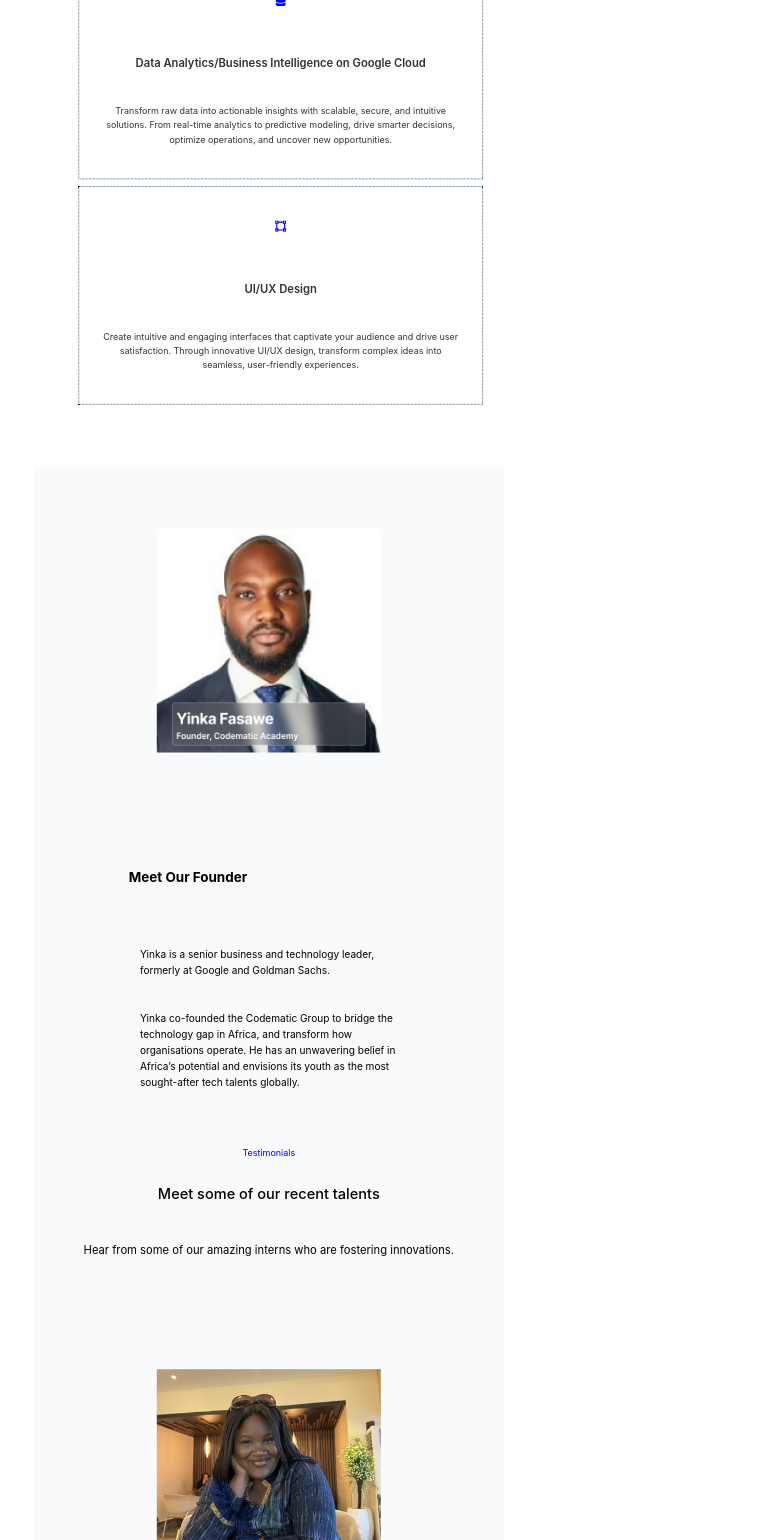
Repository: Gabriel221-dev/Codematic-page
Page: /
An editor plug-in stored every save of this project. The page is shown before and after the next save, followed by the edit.
The browser window is 768 px wide. The page is 1106 px wide, so the pictures cover 1106 px, including what lies to the right of the window. The pictures show the part of the page from y = 4300 to 6500 px (the page is 8982 px tall), at 70% of full size.
The project was rebuilt for these pictures with package versions that can differ from the ones it lists, and the page was loaded fresh each time. Also part of the build but not shown: vite.config.js, src/App.css.

Above is the page before, as saved 2024-07-31 09:20:14.

### src/App.jsx
import "./App.css";
import Home from "./pages/home";
import Header from "./components/Header";
import Footer from "./components/Footer";
import { BrowserRouter as Router, Route, Routes } from "react-router-dom";
import "./styles/global.css";

const App = () => {
  return (
    <Router>
      <Header />
      <main>
        <Routes>
          <Route path="/" element={<Home />} />
        </Routes>
      </main>
      <Footer />
    </Router>
  );
};

export default App;

### src/index.css
:root {
  font-family: Inter, system-ui, Avenir, Helvetica, Arial, sans-serif;
  line-height: 1.5;
  font-weight: 400;

  /* color-scheme: light dark;
  background-color: #242424;
  background-color:turquoise; */

}

### src/components/Footer.jsx
import { Link } from "react-router-dom";
import "./Footer.css";
import { BsTwitterX } from "react-icons/bs";
import { FaLinkedin } from "react-icons/fa6";
import { FaFacebook } from "react-icons/fa";

const Footer = () => {
  return (
    <footer className="footer">
      <div>
        <container className="section-1">
          <div className="section1">
            <img
              className="footer__logo"
              src="/Images/codematic-logo-white 2.png"
              alt="Logo"
              loading="lazy"
              width="160"
            />

            <ul className="footer__navigation">
              <li className="footer__link">
                <Link className="link-anchor footer__anchor" to="">
                  About Us
                </Link>
              </li>
              <li className="footer__link">
                <Link className="link-anchor footer__anchor" to="">
                  Contact Us
                </Link>
              </li>
              <li className="footer__link">
                <Link className="link-anchor footer__anchor" to="">
                  Privacy Policy
                </Link>
              </li>
            </ul>
          </div>
        </container>
        <div className="divider"></div>
        <div className="section2">
          <div className="Left">
            <p>© 2024 Codematic. All rights reserved</p>.
          </div>
          <div className="bottom">
            <div className="icon">
              <BsTwitterX />
            </div>
            <div className="icon">
              <FaLinkedin />
            </div>
            <div className="icon">
              <FaFacebook />
            </div>
          </div>
        </div>
      </div>
    </footer>
  );
};

export default Footer;

### src/styles/global.css
* {
    padding: 1rem;
  }

  body {
    line-height: 1.6;
    color: #333;
    background-color: white;
    padding: 0;
    margin: 0 ;
  }

  section{
    padding: 0 5%;
  }

### src/pages/Home.css
.Home{
    padding: 0 0;
}
.Home-1{
    /* background-color:red; */
    text-align: center;
}
.mark{
    background-color:white;
    border-radius:12px;
    font-size: .6rem;
    /* padding:.1rem; */
    margin-right: .5rem;
}
.academy-1{
    font-size: .6rem;
    background-color: lightcyan;
    border-radius:12px;
    /* padding: .3rem; */
    text-decoration: none;
}
.heading-sub-1{
      text-align: center;
}
.heading-1{
    width: 45rem;
    height: 12.7rem;
    font-size: 2.8rem;
    justify-content: center;
    align-items: center;
    margin: 0 auto;
    font-weight: 600;
    background-color:white;
}
.sub-heading-1{
    font-size: .9rem;
    height: 120px;
    width: 20rem;
    justify-content: center;
    align-items: center;
    margin: 0 auto;
}
.action{
    gap: 12px;
    text-decoration: none;
}

.apply-heading:hover{
    background-color:blue;
    color:white;
    text-decoration: none;
    border-radius:7px;
    transform: scale(1.05);
    transition: transform 0.6s ease-in-out, border-bottom 0.6s ease;
}

.learn-heading:hover{
    background-color:blue;
    color:white;
    text-decoration: none;
    border-radius:7px;
    transform: scale(1.05);
    transition: transform 0.6s ease-in-out, border-bottom 0.6s ease;
}
.apply-heading{
    background-color:#DEE0FF;
    text-align: center;
    margin: 0 1rem;
    padding: .5rem 1rem;
    border-radius: 3px;
    text-decoration: none;
}

.learn-heading{
    background-color: blue;
    text-align: center;
    padding: .5rem 1rem;
    border-radius: 3px;
    text-decoration: none;
}

.Home-1 img{
    background-color:none;
    width: 65rem;
    /* height: 516px; */
    /* margin: 1rem 6rem 3rem 0rem; */
}

.Home-1 .frame{
    margin: 3rem 6rem 6rem 0rem;
}

/* Tablet styles */
@media (max-width: 768px) {
    .heading-1 {
        width: 90%;
        font-size: 2rem;
        height: auto;
    }

    .sub-heading-1 {
        width: 80%;
        font-size: 0.8rem;
        height: auto;
    }

    .Home-1 img {
        width: 100%;
        margin: 2rem 0;
    }

    .Home-1 .frame {
        margin: 2rem 0;
    }
}

/* iPhone styles */
@media (max-width: 480px) {
    .heading-1 {
        width: 100%;
        font-size: 1.5rem;
        height: auto;
    }

    .sub-heading-1 {
        width: 90%;
        font-size: 0.7rem;
        height: auto;
    }

    .apply-heading,
    .learn-heading {
        font-size: 0.5rem;
        padding: 0.4rem 0.8rem;
    }

    .Home-1 img {
        width: 100%;
        margin: 1rem 0;
    }

    .Home-1 .frame {
        margin: 1rem 0;
    }
}



.leg{
    justify-content: space-between;
    display: flex;
    max-width: 60rem;
}

.heading-sub-2{
    /* background-color:greenyellow; */
    font-size: 1.4rem;
    font-style: normal;
    color: #fff;
    text-align: left;
    width: 30rem;
    text-align: left;
    height: 35rem;
    margin-right: 2rem;
    /* padding: 0 0 0 4rem; */
    /* margin: 0 0 0 4rem; */
}

.sub-heading-2{
    font-size: 1rem;
    color:blue;
}

.heading-2{
    font-size: 1.8rem;
    font-weight: 500;
    color:blue;
}

.home-chair{
    flex: 1;
}


.text-2{
    font-size: 1rem;
    color:black;
}

.apply-now-2{
    background-color:blue;
    margin-top:1.8rem;
    padding: .7rem 2rem .7rem 0;
    font-size: .7rem;
    color:white;
    width: 7rem;
}

.apply-now-2:hover{
    background-color:black;
    color:blue;
    text-decoration: none;
    border-radius:7px;
    transform: scale(1.05);
    transition: transform 0.6s ease-in-out, border-bottom 0.6s ease;
}

.Home-2 .img{
    flex: 1;
    display: flex;
    justify-content: center;
    /* margin-left: 2rem; */
}

.Home-2 img{
    display: flex;
    align-items: center;
    text-align: left;
    height: 35rem;
    width: 33rem;
    /* margin: 0 0 0 3.5rem; */
    padding: 0 0 0 0;
}

/* Tablet styles */
@media (max-width: 768px) {
    .leg {
        flex-direction: column;
        align-items: center;
    }

    .heading-sub-2 {
        font-size: 1.2rem;
        width: 90%;
        margin-right: 0;
        margin-bottom: 2rem;
    }

    .heading-2 {
        font-size: 1.6rem;
    }

    .text-2 {
        font-size: 0.9rem;
    }

    .apply-now-2 {
        font-size: 0.6rem;
        width: 6rem;
    }

    .Home-2 img {
        width: 100%;
        height: auto;
        margin-bottom: 2rem;
    }
}

/* iPhone styles */
@media (max-width: 480px) {
    .heading-sub-2 {
        font-size: 1rem;
        width: 100%;
        margin-right: 0;
        margin-bottom: 1rem;
    }

    .sub-heading-2 {
        font-size: 0.9rem;
    }

    .heading-2 {
        font-size: 1.4rem;
    }

    .text-2 {
        font-size: 0.8rem;
    }

    .apply-now-2 {
        font-size: 0.5rem;
        width: 5rem;
    }

    .Home-2 img {
        width: 100%;
        height: auto;
    }
}



.Home-3{
    /* background-color:chocolate; */
    text-align: center;
}



.heading-sub-3{
    padding: 2.5rem;
}

.sub-3{
    color:blue;
    font-size: 1rem;
}

.heading-3{
    color:black;
    font-size: 1.6rem;
    font-weight: 700;
}

.text-3{
    font-size: 1.1rem;
    width:40rem;
    display: flex;
    margin: 0 auto;
}

.Home-3 .img3{
    margin-right: 2rem;
}

.Home-3 img{
    width: 65rem;
    margin-right: 3rem;
}

/* Tablet styles */
@media (max-width: 768px) {
    .heading-sub-3 {
        padding: 1.5rem;
    }

    .sub-3 {
        font-size: 0.9rem;
    }

    .heading-3 {
        font-size: 1.4rem;
    }

    .text-3 {
        font-size: 1rem;
        width: 90%;
    }

    .Home-3 img {
        width: 100%;
        margin-right: 0;
    }
}

/* iPhone styles */
@media (max-width: 480px) {
    .heading-sub-3 {
        padding: 1rem;
    }

    .sub-3 {
        font-size: 0.8rem;
    }

    .heading-3 {
        font-size: 1.2rem;
    }

    .text-3 {
        font-size: 0.9rem;
        width: 100%;
    }

    .Home-3 .img3 {
        margin-right: 0;
    }

    .Home-3 img {
        width: 100%;
        margin-right: 0;
    }
}



.Home-4{
    padding: 4rem;
}

.H-4{
    padding: 1.5rem;
}
.header-sub-4{
    text-align: center;
    padding: 1rem;
}

.sub-header-4{
    font-size: 1rem;
    color:blue;
}

.header-4{
    font-size: 2rem;
}

.text-4{
    font-size: 1.1rem;
}

.H-4-2 {
    display: flex;
    flex-direction: column;
    gap: 20px;
    padding: 2rem;
  }

  .row {
    display: flex;
    justify-content: space-between;
    gap: 20px; /* Adjust the gap between articles as needed */
  }


  .H-4-2 .part-1{
    height: 12rem;
    width: 33rem;
    padding: 2rem;
    border: 1px rgb(3, 44, 75) dotted;
  }
  .H-4-2 .part-2{
    height: 12rem;
    width: 33rem;
    padding: 2rem;
    border: 1px rgb(3, 44, 75) dotted;
  }
  .H-4-2 .part-3{
    height: 12rem;
    width: 33rem;
    padding: 2rem;
    border: 1px rgb(3, 44, 75) dotted;
  }
  .H-4-2 .part-4{
    height: 12rem;
    width: 33rem;
    padding: 2rem;
    border: 1px rgb(3, 44, 75) dotted;
  }

  /* .article {
    flex: 1;
    padding: 20px;
    border: 1px solid #ddd;
    box-shadow: 0 2px 4px rgba(0, 0, 0, 0.1);
    text-align: center;
  } */

  .icon {
    font-size: 1em;
    margin-bottom: 10px;
    text-align: center;
    color:blue;
  }

  .H-4-2 h2 {
    font-weight: 600;
    font-size: 1em;
    text-align: center;
  }

  .H-4-2 h1{
    font-weight: 400;
    font-size: .8rem;
    text-align: center;
  }

  .text-4 {
    font-size: 1em;
    margin-top: 10px;
  }

/* Tablet styles */
@media (max-width: 768px) {
    .Home-4 {
        padding: 2rem;
    }

    .H-4 {
        padding: 1rem;
    }

    .header-4 {
        font-size: 1.5rem;
    }

    .text-4 {
        font-size: 1rem;
    }

    .H-4-2 {
        padding: 1rem;
    }

    .row {
        flex-direction: column;
        gap: 10px;
    }

    .H-4-2 .part-1,
    .H-4-2 .part-2,
    .H-4-2 .part-3,
    .H-4-2 .part-4 {
        width: 100%;
        padding: 1rem;
        height: auto;
    }
}

/* iPhone styles */
@media (max-width: 480px) {
    .Home-4 {
        padding: 1rem;
    }

    .H-4 {
        padding: 0.5rem;
    }

    .header-4 {
        font-size: 1.2rem;
    }

    .text-4 {
        font-size: 0.9rem;
    }

    .H-4-2 {
        padding: 0.5rem;
    }

    .row {
        flex-direction: column;
        gap: 10px;
    }

    .H-4-2 .part-1,
    .H-4-2 .part-2,
    .H-4-2 .part-3,
    .H-4-2 .part-4 {
        width: 100%;
        padding: 0.5rem;
        height: auto;
    }

    .H-4-2 h2 {
        font-size: 0.9em;
    }

    .H-4-2 h1 {
        font-size: 0.7rem;
    }

    .icon {
        font-size: 0.8em;
    }
}




.Home-5 {
    display: flex;
    justify-content: space-between;
    align-items: center;
    padding: 3rem;
    background-color:#F9FAFB;
}

.Home-5 .heading-sub-5 {
    font-style: normal;
    color: black;
    font-size: .9rem;
    text-align: left;
    max-width: 100%;
    text-align: left;
    height: 18rem;
    padding: 0rem auto;
    margin: 0 15rem 0 0;
}

.Home-5 .article{
    flex: 1;
    padding: 1rem;

}

.Home-5 .Founder{
    padding: 1.2rem;
    width: 27rem;
}

.Home-5 p{
    font-size: 1rem;
}

.Home-5 .img{
    flex: 1;
    display: flex;
    justify-content: center;
    padding: 2rem;
    margin: 2rem;
}

.Home-5 img{
    display: flex;
    align-items: center;
    text-align: left;
    height: 20rem;
    width: 20rem;
    margin: 0 0rem 0 0;
    padding: 1rem 0;
}

@media (max-width: 768px) {
    .Home-5 {
      padding: 1.5rem;
      flex-direction: column;
    }

    .Home-5 .heading-sub-5 {
      font-size: 0.8rem;
      margin: 1rem 0;
    }

    .Home-5 .Founder{
        padding: 0 1rem;
    }

    .Home-5 .Founder h1 {
      font-size: 1.2rem;
    }

    .Home-5 p {
      font-size: 0.9rem;
    }

    .Home-5 .img {
      margin: 1rem 0;
    }

    .Home-5 img {
      max-width: 100%;
    }
  }

  @media (max-width: 390px) { /* iPhone 12 Pro screen size */

    section{
        padding: 2rem;
    }
    .Home-5 {
      padding: 2rem;
      flex-direction: column;
    }

    .Home-5 .heading-sub-5 {
      font-size: 0.7rem;
      margin: 0 2rem;
    }

    /* .Home-5 .article{
        margin: 3rem;
    } */

    .Home-5 .Founder h1 {
      font-size: 1rem;
    }

    .Home-5 p {
      font-size: 0.8rem;
      padding: 30px;
    }

    .Home-5 .img {
      margin: 0.5rem 0;
      padding: 1rem;
    }

    .Home-5 img {
      max-width: 100%;
    }
  }



.Home-6{
    background-color: #F9FAFB;

}

/* .big-6{
    padding-top: 2rem;
} */

.Home-6 .sub-Head-6{
    font-size: .9rem;
    color:blue;
    text-align: center;
}

.Head-6 {
    font-size: 1.5rem;
    color:black;
    font-weight: 500;
    text-align: center;
}

.Text-6 {
    font-size: 1.05rem;
    text-align: center;
    color:black;
    margin: 1.2rem;
}


.Team-6 {
    display: flex;
    justify-content: space-between;
    align-items: center;
    /* padding: 3.2rem; */
    margin: 0 0 0 0;
}

.Member-61 {
    flex: 1;
    /* padding: 1rem; */
    row-gap: 2;
}

.Member-62 {
    flex: 1;
    /* padding: 1rem; */
    row-gap: 2;
}

.Member-63 {
    flex: 1;
    /* padding: 1rem; */
    row-gap: 2;
}
.Member-61 img {
    width: 20rem;
    height: 16rem;
}

.Member-62 img {
    width: 20rem;
    height: 16rem;
    margin-top: 1.4rem;
}

.Member-63 img {
    width: 20rem;
    height: 16rem;
}

.Team-6 h2 {
    font-size: 1.05em;
    margin: 10px 0;
}

.Team-6 h1 {
    font-size: .9em;
    margin: 5px 0;
}

@media (max-width: 768px) {
    .Home-6 {
      padding: 1.5rem 1rem;
    }

    .big-6 {
      padding-top: 1.5rem;
    }

    .Home-6 .sub-Head-6 {
      font-size: 0.8rem;
    }

    .Head-6 {
      font-size: 1.3rem;
    }

    .Text-6 {
      font-size: 1rem;
    }

    .Team-6 {
      flex-direction: column;
    }

    .Team-6 article {
      margin: 1rem 0;
    }
  }

  @media (max-width: 390px) { /* iPhone 12 Pro screen size */
    .Home-6 {
      padding: 1rem 0.5rem;
    }

    .big-6 {
      padding-top: 1rem;
    }

    .Home-6 .sub-Head-6 {
      font-size: 0.7rem;
    }

    .Head-6 {
      font-size: 1.1rem;
    }

    .Text-6 {
      font-size: 0.9rem;
      margin: 1rem 0;
    }

    .Team-6 {
      flex-direction: column;
    }

    .Team-6 article {
      margin: 0.5rem 0;
    }

    .Team-6 img {
      max-width: 100%;
    }

    .Team-6 h2 {
      font-size: 0.95rem;
    }

    .Team-6 p {
      font-size: 0.8rem;
    }
  }



/* .Home-7{
    padding: 2rem;
}

.Home-7 .sub-Head-7{
    margin: 3rem;
    text-align: center;
}

.Home-7 h1{
    font-size: .9rem;
    width: 34rem;
    margin: 0 auto;
}

.Home-7 h2{
    font-size: 1.55rem;
} */

/* .Home-7 .action{
    text-align: center;
    height:4rem;
    gap: 2rem;
}

.Home-7 .icon-71{
    padding:.5rem;
    color:blue;
}

.Home-7 .icon-72{
    padding:.5rem;
    color:white;
}

.icon-72-1{
    text-align: center;
    margin-top: 1rem;
} */

/* .Home-7 .action {
    display: flex;
    gap: 2rem;
    justify-content: center;
}

.Home-7 .action a {
    display: flex;
    align-items: center;
    text-decoration: none;
    color: inherit;
    padding: 0.5rem 1rem;
}

.Home-7 .action a .icon-71,
.Home-7 .action a .icon-72-1 {
    display: flex;
    align-items: center;
    align-items:center;
    margin-right: 0.5rem;
}

.Home-7.apply-heading .icon-71,
.Home-7 .learn-heading .icon-72-1 {
    font-size: 1.2rem;
} */

.Home-7 {
    padding: 2rem;
    text-align: center;
  }

  .Home-7 .sub-Head-7 {
    margin-bottom: 2rem;
  }

  .Home-7 h1 {
    font-size: 1.5rem;
    width: 80%;
    margin: 0 auto;
  }

  .Home-7 h2 {
    font-size: 2rem;
    margin-bottom: 1rem;
  }

  .Home-7 .action {
    display: flex;
    gap: 2rem;
    justify-content: center;
  }

  .Home-7 .action a {
    display: flex;
    align-items: center;
    text-decoration: none;
    color: inherit;
    padding: 0.5rem 1rem;
  }

  .Home-7 .icon-71,
  .Home-7 .icon-72-1 {
    display: flex;
    align-items: center;
    margin-right: 0.5rem;
  }

  .apply-heading .icon-71,
  .learn-heading .icon-72-1 {
    font-size: 1.2rem;
  }

  .apply-heading {
    color: blue;
    border: 1px solid blue;
    border-radius: 4px;
    transition: all 0.3s ease;
  }

  .apply-heading:hover {
    background-color: blue;
    color: white;
  }

  .learn-heading {
    background-color: blue;
    color: white;
    border-radius: 4px;
    transition: all 0.3s ease;
  }

  .learn-heading:hover {
    background-color: darkblue;
  }

  /* Tablet styles */
  @media only screen and (max-width: 768px) {
    .Home-7 {
      padding: 1.5rem;
    }

    .Home-7 h1 {
      font-size: 1.2rem;
      width: 90%;
    }

    .Home-7 h2 {
      font-size: 1.8rem;
    }

    .Home-7 .action {
      flex-direction: column;
      gap: 1rem;
    }

    .Home-7 .action a {
      justify-content: center;
    }
  }

  /* Mobile styles */
  @media only screen and (max-width: 576px) {
    .Home-7 {
      padding: 1rem;
    }

    .Home-7 h1 {
      font-size: 1rem;
      width: 100%;
    }

    .Home-7 h2 {
      font-size: 1.5rem;
    }
  }

  /* Small mobile styles */
  @media only screen and (max-width: 450px) {
    .Home-7 h1 {
      font-size: 0.9rem;
    }

    .Home-7 h2 {
      font-size: 1.3rem;
    }
  }

### src/components/Footer.css
.footer {
    background-color: rgb(4, 4, 55);
    padding: 0 0;
    position: relative;
}

.footer__logo {
    display: block;
    margin: 0 auto;
}

.footer__navigation {
    list-style: none;
    font-size: 0.8rem;
    padding: 0;
    display: flex;
    justify-content: center;
    margin: 1rem 0;
}

.footer__link {
    margin: 0 1rem;
}

.footer__anchor {
    text-decoration: none;
    color: white;
}

.section1 {
    text-align: center;
    padding: 2rem 0;
}

.section2 {
    position: relative;
    display: flex;
    justify-content: space-between;
    align-items: flex-end;
    padding: 1rem;
    height: 50px;
}

.footer p{
    color:#D0D5DD;
}


.footer .bottom {
    display: flex;
    gap: 1rem;
    /* padding-left: 1rem; */
    margin-bottom: 2rem;
}

.footer .icon {
    font-size: 1.5rem;
    display: flex;
    color:#D0D5DD;
}

.divider {
    width: 100%;
    border-bottom: 1px solid #000;
    margin: 2rem 0;
}

### src/components/Sidebar.css
.sidebar {
    display: none;
    width: 100%;
    height: 100%;
    position: fixed;
    top: 0;
    left: 0;
    z-index: 100;
    transition: all 0.3s ease;
  }

  .sidebar--open {
    display: grid;
    grid-template-columns: 1fr min-content;
  }

  .sidebar__overlay {
    grid-column: 1 / -1;
    grid-row: 1 / 2;
    background-color: rgba(0, 0, 0, 0.5);
    transition: background-color 0.3s ease;

  }

  .sidebar__content {
    grid-column: 2 / 3;
    grid-row: 1 / 2;
    background-color: blue;
    width: 250px;
    display: grid;
    grid-template-rows: 128px repeat(2, min-content);
    grid-template-columns: 48px 1fr 25px;
    transition: width 0.3s ease;
    transition: width .4s ease;

  }

  .sidebar__header {
    grid-column: 2 / 3;
    justify-self: end;
    align-self: center;
  }

  .sidebar__close {
    background-color:#194c4c ;
    width: 30px;
    border: 0;
    outline: 0;
  }

  .sidebar__close:hover{
    background-color:#194c4c;
  }

  .sidebar__navigation {
    grid-column: 2 / 3;
    list-style: none;
    margin: 0;
    padding: 0;
  }

  .sidebar__link {
    margin-bottom: 2.4rem;
  }

  .sidebar__anchor {
    font-size: 1.1rem;
    color: #fff;
    background: transparent;
    border: none;
    text-decoration: none;
    cursor: pointer;
  }

  .sidebar__anchor:hover{
    background:none;
  }

  .sidebar__btn {
    grid-column: 2 / 3;
    background-color: transparent;
    border: 1px solid #fff;
    color: #fff;
    padding: 0.5rem 1rem;
    text-decoration: none;
    display: inline-block;
    cursor: pointer;
    width: 159px;
  }

  .sidebar__btn:hover{
    background:white;
    color:#194c4c;
    transform: scale(1.05);
    transition: transform 0.3s ease-in-out, border-bottom 0.6s ease;
  }

  .sidebar--open .sidebar__overlay {
    background-color: rgba(0, 0, 0, 0.5);
  }

  .sidebar--open .sidebar__content {
    width: 250px;
  }

  @media (max-width: 768px) {
    .header__menu {
      display: grid;
      background-color: transparent;
      width: 24px;
      border: 0;
      outline: 0;
      justify-self: end;
      align-self: center;
      margin-left: auto;
    }
  }

Loaded but not shown: index.html (common file); src/main.jsx (common file); src/pages/home.jsx (272 lines, source omitted); src/components/Header.css (216 lines, source omitted); src/components/Header.jsx (111 lines, source omitted); src/components/Sidebar.jsx (80 lines, source omitted)

After the next save:
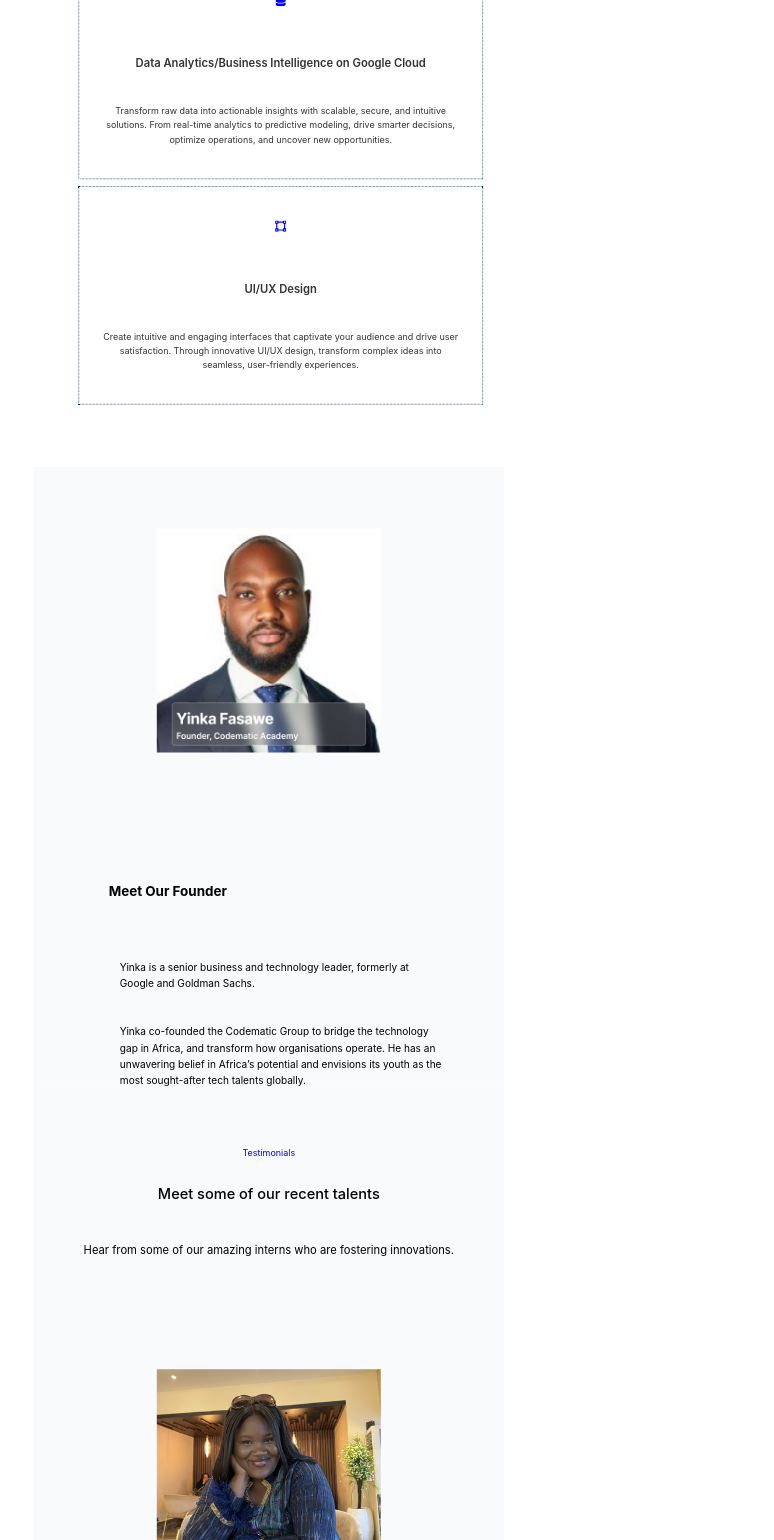
Saved 56 s later.
--- a/src/pages/Home.css
+++ b/src/pages/Home.css
@@ -634,7 +634,8 @@
     }
 
     .Home-5 .Founder{
-        padding: 0 1rem;
+        /* padding: 0 1rem; */
+        width: 100%;
     }
 
     .Home-5 .Founder h1 {
